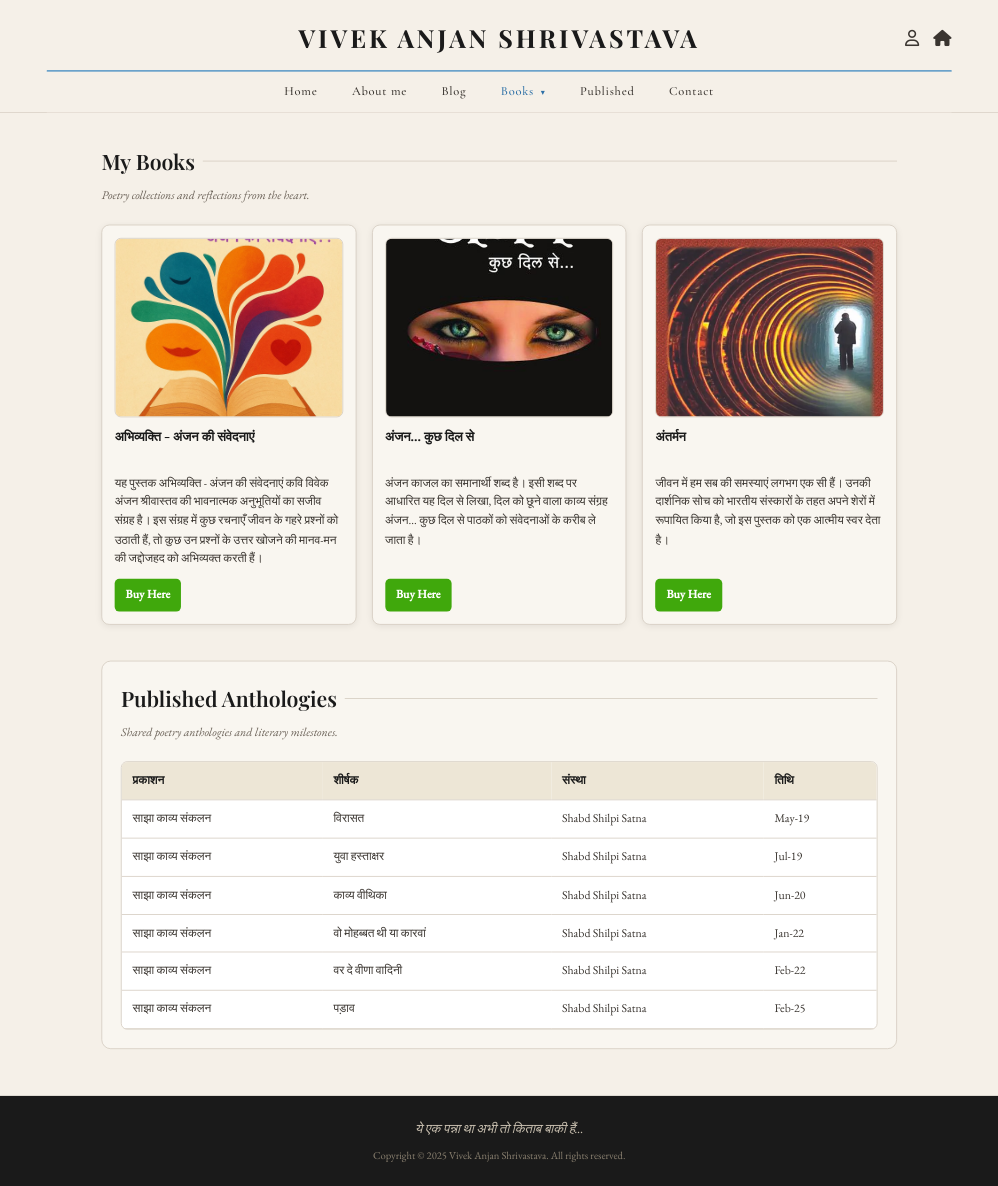
Repository: cforcoder21/vivekanjan.com
Page: frontend/html/books.html
An editor plug-in stored every save of this project. The page is shown before and after the next save, followed by the edit.
The browser window is 1280 px wide. The pictures show the whole page, at 78% of full size.
Some web fonts or font styles are not loaded; a fallback is used.

Above is the page before, as saved 2026-03-13 01:48:25.

After the next save:
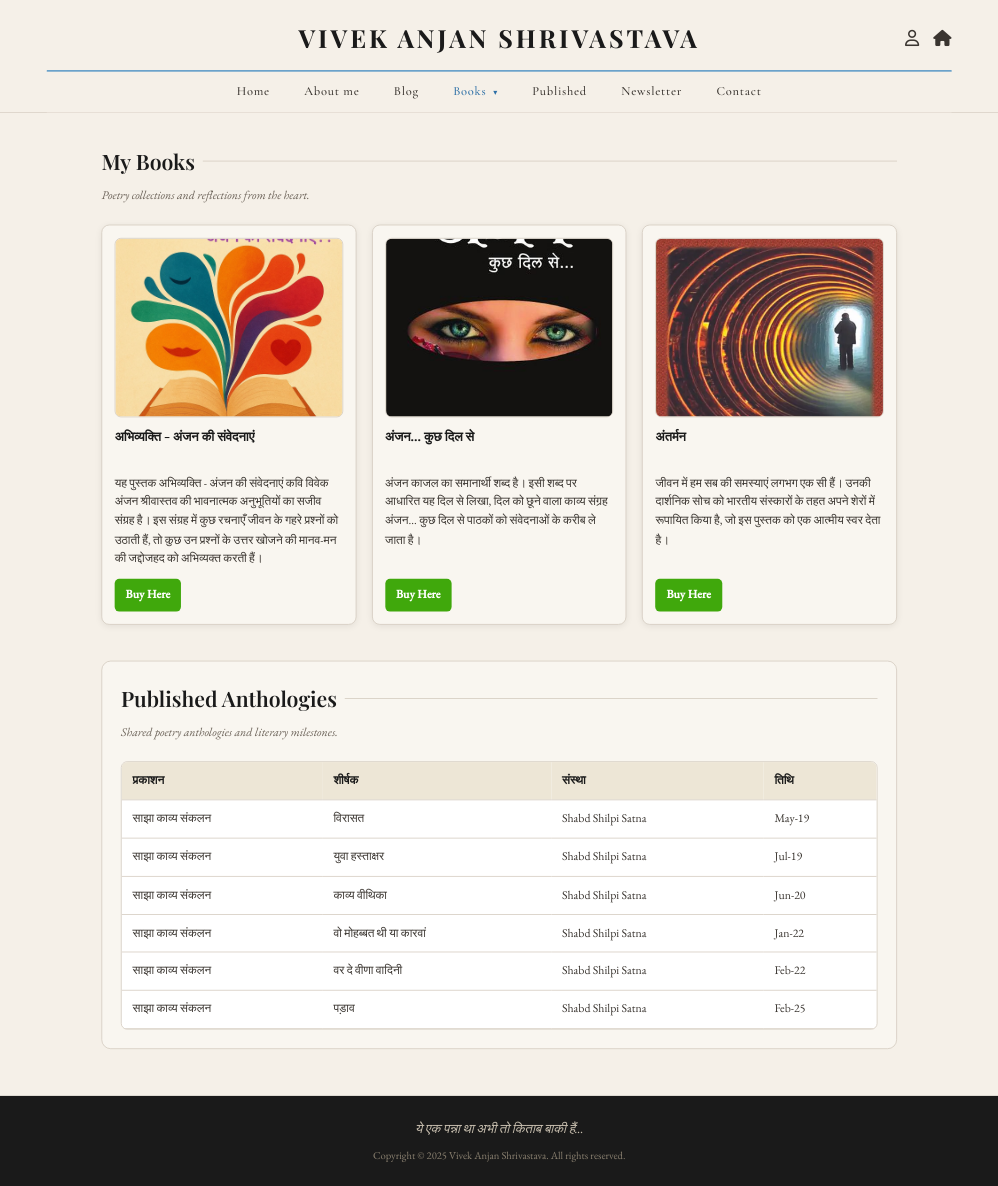
Saved 36 s later.
--- a/frontend/html/books.html
+++ b/frontend/html/books.html
@@ -34,6 +34,7 @@
         </div>
       </div>
       <div class="nav-item"><a href="published.html">Published</a></div>
+      <div class="nav-item"><a href="index.html#newsletter">Newsletter</a></div>
       <div class="nav-item"><a href="contact.html">Contact</a></div>
     </nav>
   </header>
